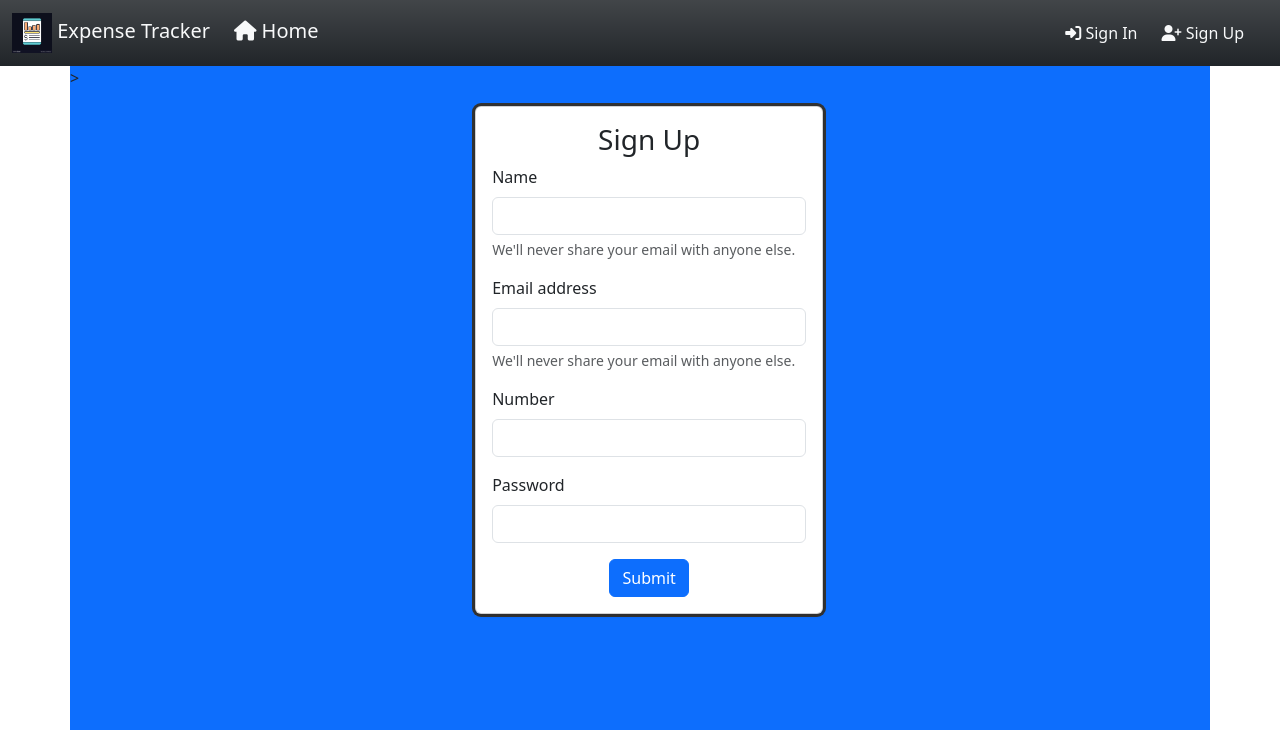
Repository: Gaurav560/OnlineExpenseTracker
Page: http://localhost/Online_Expense_Tracker/register.jsp
An editor plug-in stored every save of this project. The page is shown before and after the next save, followed by the edit.
The browser window is 1280 px wide. The pictures show the whole page.
The page is served by Tomcat 9.

Above is the page before, as saved 2023-05-04 15:10:33.

After the next save:
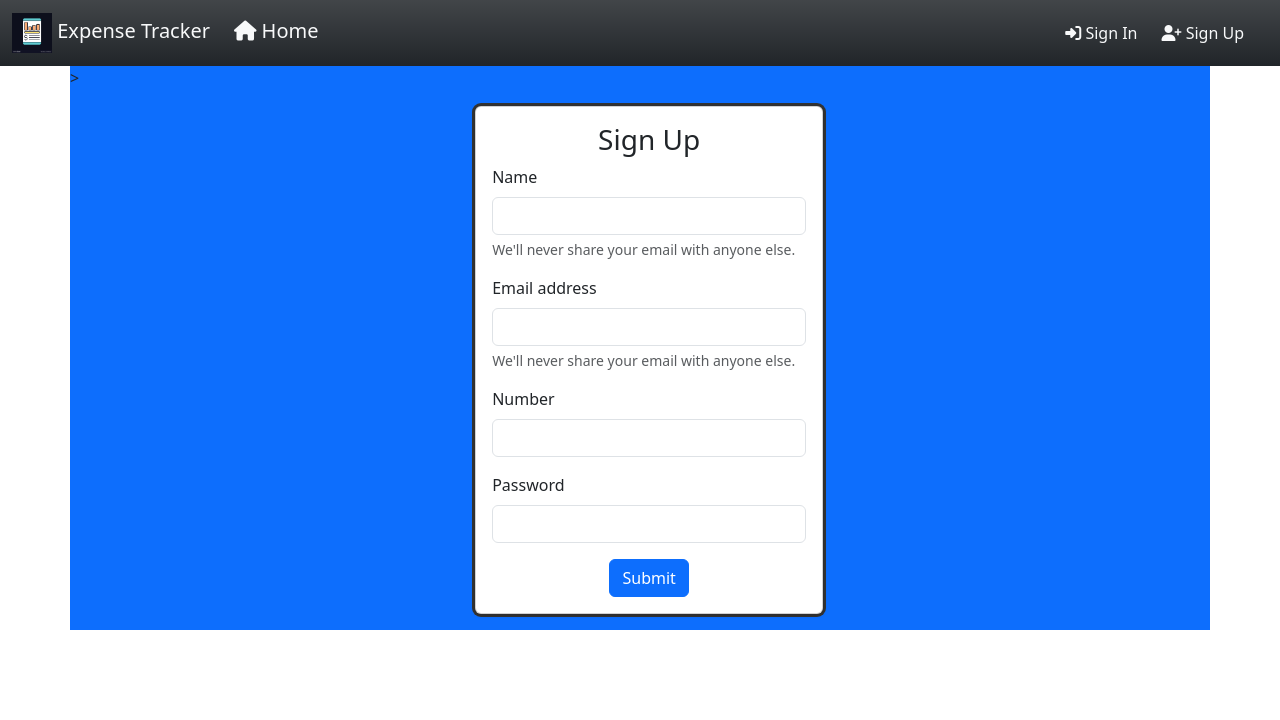
Saved 15 s later.
--- a/Online_Expense_Tracker/src/main/webapp/register.jsp
+++ b/Online_Expense_Tracker/src/main/webapp/register.jsp
@@ -16,7 +16,7 @@
 	<!-- NAVBAR ends here  -->
 
 	<div class="container bg-primary" >
-		<div class="row" style="padding-bottom:100px"> >
+		<div class="row"> >
 			<div class="col-md-4 offset-md-4 p-3  ">
 				<div class="card mt-4"
 					style="box-shadow: rgba(0, 0, 0, 0.16) 0px 1px 4px, rgb(51, 51, 51) 0px 0px 0px 3px;">
